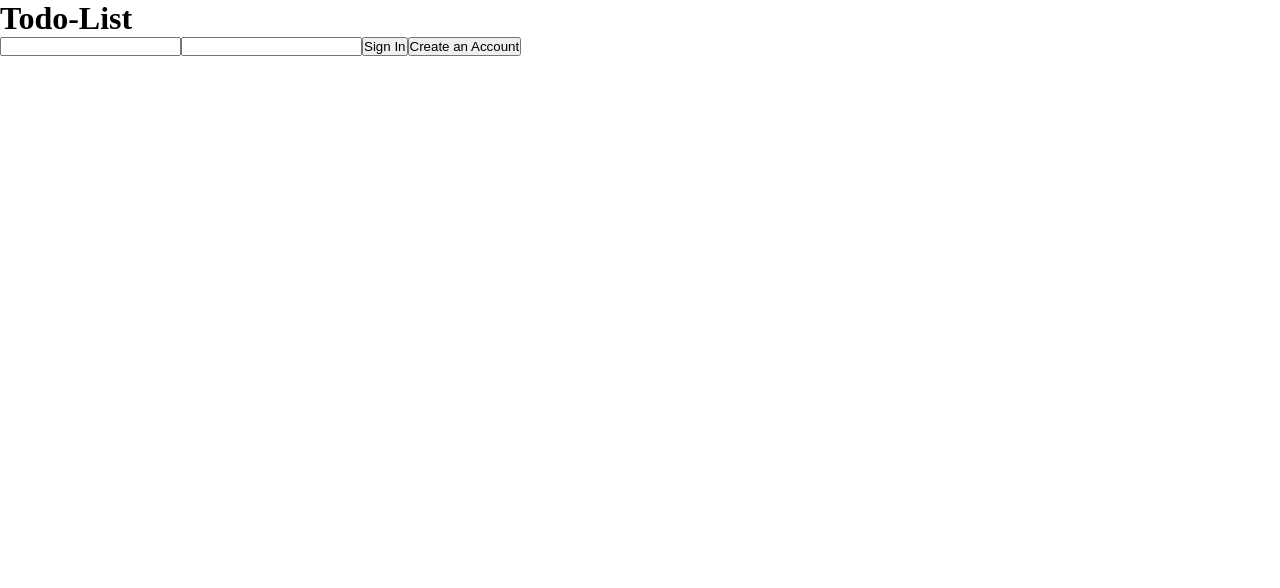
Repository: itadori17/final-fire-todo
Page: /homepage
An editor plug-in stored every save of this project. The page is shown before and after the next save, followed by the edit.
The browser window is 1280 px wide. The pictures show the whole page.
The project was rebuilt for these pictures with package versions that can differ from the ones it lists, and the page was loaded fresh each time. Also part of the build but not shown: src/App.css, src/components/homepage.css, src/components/Register.js.

Above is the page before, as saved 2022-07-08 14:35:12.

After the next save:
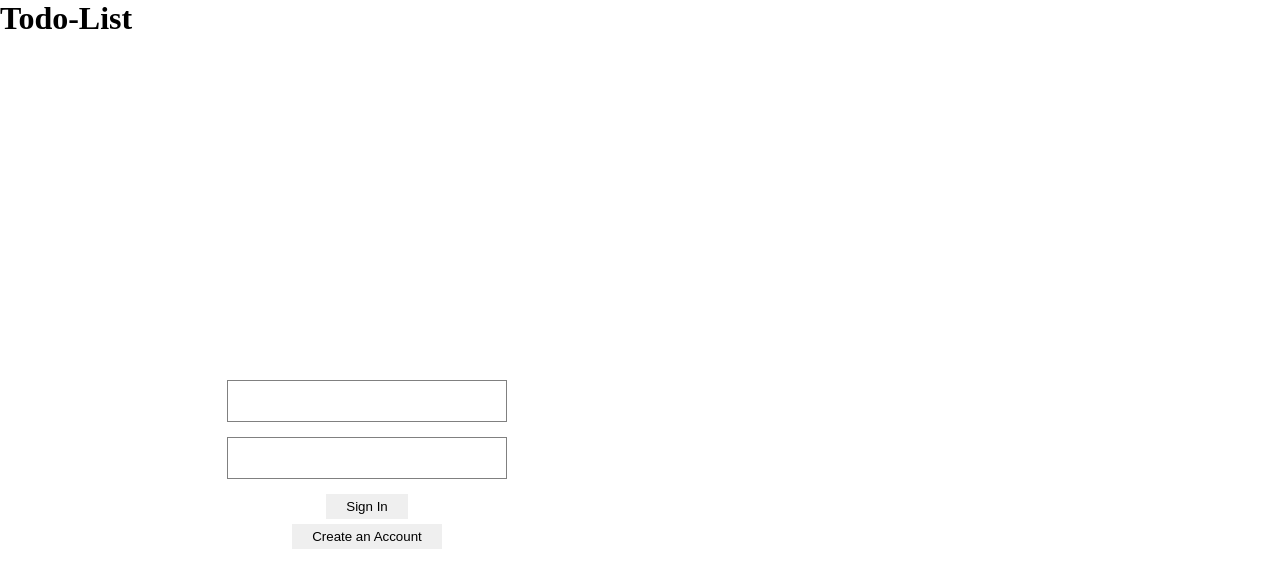
Saved 54 s later.
--- a/src/components/Welcome.js
+++ b/src/components/Welcome.js
@@ -2,6 +2,7 @@ import React, {useState, useEffect} from 'react';
 import { signInWithEmailAndPassword } from 'firebase/auth';
 import {auth} from "../firebase"
 import { useNavigate} from "react-router-dom";
+import "../components/welcome.css";
 
 export default function Welcome() {
 
